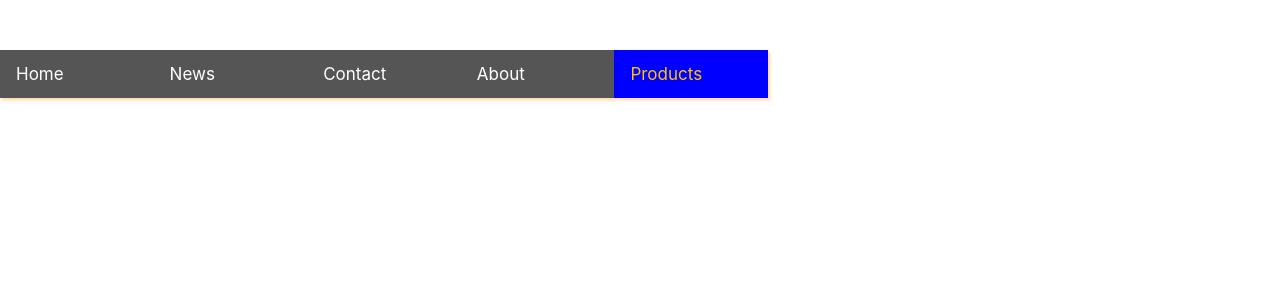
Repository: JasonMorta/basicPlus-rouets
Page: /products
These files come from the project's save history. The page is drawn as it stood at one moment and after the next save; the edit follows.
The browser window is 1280 px wide. The pictures show the whole page.
Some web fonts or font styles are not loaded; a fallback is used. The project was rebuilt for these pictures with package versions that can differ from the ones it lists, and the page was loaded fresh each time. Also part of the build but not shown: src/pages/Home.jsx, src/pages/news.css, src/pages/News.jsx, src/pages/About.jsx, src/pages/Hooks/UseRefHook.jsx, src/pages/Contact.jsx, src/pages/List.jsx.

Above is the page before, as saved 2023-04-01 08:22:31.

### src/index.js
import React from 'react';
import ReactDOM from 'react-dom/client';
import './index.css';
import App from './App';
// import { BrowserRouter } from 'react-router-dom'
import reportWebVitals from './reportWebVitals';

const root = ReactDOM.createRoot(document.getElementById('root'));
root.render(

  <React.StrictMode>
    <App />
  </React.StrictMode>

);

// If you want to start measuring performance in your app, pass a function
// to log results (for example: reportWebVitals(console.log))
// or send to an analytics endpoint. Learn more: https://bit.ly/CRA-vitals
reportWebVitals();

### src/App.jsx

import './App.css';
import { BrowserRouter, Routes, Route } from 'react-router-dom';
import React, { Component, createContext, useState } from 'react'
import Nav from './components/Nav';
import Home from './pages/Home';
import News from './pages/News';
import About from './pages/About';
import Contact from './pages/Contact';
import List from './pages/List';
import Products from './pages/Products';

//create context hook
//This hook allow any nested children to share and alter data with the use of props.
export const StateContext = createContext()

export default function App() {

  const [state, setState] = useState("#f44336");

  return (
    <BrowserRouter>
      <StateContext.Provider value={[state, setState]} className="App">
        <div className="routes">
          <Nav />
          <Routes>
            <Route index path="/" element={<Home />} />
            <Route path="/List" element={<List />} />
            <Route path="/Contact" element={<Contact />} />
            <Route path="/About" element={<About />} />
            <Route path="/products" element={<Products />} />
            <Route path="/news" element={<News />} />
          </Routes>
        </div>
        <div className="orig-link"></div>
      </StateContext.Provider>
    </BrowserRouter>
  );
}

### src/App.css
@import url('https://fonts.googleapis.com/css2?family=Assistant:wght@400;500&family=Barlow:wght@400;500&family=DM+Mono:wght@300;400;500&family=Handlee&family=IBM+Plex+Mono:wght@400;500&family=Inconsolata:wght@400;500&family=Kanit:wght@200;300;400;500&family=Karla:wght@300;400;500&family=Patrick+Hand&family=Raleway:wght@300;400;500&family=Red+Hat+Mono:wght@300;400;500&family=Roboto+Condensed:wght@300;400;700&family=Roboto+Mono:wght@300;400;500&family=Roboto+Slab:wght@300;400;500&family=Roboto:wght@300;400&family=Source+Code+Pro:wght@300;400;500&family=Space+Mono:wght@400;700&family=Titillium+Web:wght@200;300;400;600&family=Ubuntu+Mono:wght@400;700&family=Varela&family=Varela+Round&display=swap');

/*
Custom Fonts
========
font-family: 'Assistant', sans-serif;
font-family: 'Barlow', sans-serif;
font-family: 'DM Mono', monospace;
font-family: 'Handlee', cursive;
font-family: 'IBM Plex Mono', monospace;
font-family: 'Inconsolata', monospace;
font-family: 'Kanit', sans-serif;
font-family: 'Karla', sans-serif;
font-family: 'Patrick Hand', cursive;
font-family: 'Raleway', sans-serif;
font-family: 'Red Hat Mono', monospace;
font-family: 'Roboto', sans-serif;
font-family: 'Roboto Condensed', sans-serif;
font-family: 'Roboto Mono', monospace;
font-family: 'Roboto Slab', serif;
font-family: 'Source Code Pro', monospace;
font-family: 'Space Mono', monospace;
font-family: 'Titillium Web', sans-serif;
font-family: 'Ubuntu Mono', monospace;
font-family: 'Varela', sans-serif;
font-family: 'Varela Round', sans-serif;

*/

.App {
  text-align: center;
  background-color: #282c34;
  min-height: 100vh;
  display: flex;
  flex-direction: column;
  flex-wrap: nowrap;
  align-items: center;
  font-family: 'Roboto Condensed', sans-serif;

}

.orig-link a {
  text-decoration: none;
  color: #ff9800;
}
.orig-link {
  margin: 1.25rem;
}


.App-header {
  background-color: #282c34;
  min-width: 18.75rem;
  display: flex;

  flex-direction: row;
  justify-content: center;
  font-size: calc(0.625rem + 2vmin);
  color: white;
  align-items: flex-start;
  width: 100%;
}


/* Style tab links */
.tablink {
  background-color: #555;
  color: #ffc107;
  float: left;
  border: none;
  outline: none;
  cursor: pointer;
  padding: 0.875rem 1rem;
  font-size: 1.0625rem;
  width: 25%;
  text-decoration: none;
}

.tablink:hover {
  background-color: #777;
}

/* Style the tab content (and add height:100% for full page content) */
.tabcontent {
  color: white;
  padding: 6.25rem 0rem;
  width: 100%;
  height: 100%;
  min-width: 18.75rem;

}

.inner-content {
  padding: 0rem 3.125rem;
  display: flex;

  flex-direction: column;
  align-items: flex-start;
}

.inner-content h3{
  font-size: xx-large;
  margin: 0;
}

.routes{
  display: flex;
  flex-direction: column;
  align-items: center;
  width: 60vw;
  background-color: azure;
  margin-top: 3.125rem;
  box-shadow: 0.125rem 0.125rem 0.1875rem 0rem #ff980066;
}

### src/components/Nav.jsx
import React from "react";
import { Link, useLocation } from "react-router-dom";

export default function Nav() {
  const location = useLocation();
  console.log('NAV location', location)


   //set the default state color to red which is equal to home page color.
  const [state, setState] = React.useState({
    home: "#f44336",
    news: "#4caf50",
    contact: "#2196f3",
    about: "#ff5722",
    active: "",
    location : window.location.pathname
  });
  const [color, setColor] = React.useState("white")


   function handleNavToNews(params) {

    setState(prev => ({...prev, active:"#4caf50", location: "/News" }))
    location.pathname = "/News"
    console.log('currentPath = Path"', location.pathname)



  }

 // Set the tab color to even when a nested link pathname is entered
  return (
    <header className="App-header">
      {/* Home will be the default/home page */}
      <Link
        to="/"
        className="tablink"
        onClick={() => setState(prev => ({...prev, active:"#f44336", location: "/" }))}
        style={{
          backgroundColor: state.location === "/" ? "#f44336" : "",
          color: state.home === "#f44336" ? color: "#ffc107"}}>
        Home
      </Link>

      <Link
        to="/News"
        className="tablink"
        onClick={handleNavToNews}
        style={{
          backgroundColor: state.location === "/News" ? "#4caf50" : "",
          color: state.news === "#4caf50" ? color: "#ffc107" }}>
        News
      </Link>

      <Link
        to="/Contact"
        className="tablink"
        onClick={() => setState(prev => ({...prev, active:"#2196f3", location: "/Contact" }))}
        style={{
          backgroundColor: state.location === "/Contact" ? "#2196f3" : "",
          color: state.contact === "#2196f3" ? color: "#ffc107" }}>
        Contact
      </Link>

      <Link
        to="/About"
        className="tablink"
        onClick={() => setState(prev => ({...prev, active:"#ff5722", location: "/About" }))}
        style={{
          backgroundColor: state.location === "/About" ? "#ff5722": "",
          color: state.about === "#ff5722" ? color: "#ffc107" }}>
        About
      </Link>

      <Link
        to="/products"
        className="tablink"
        onClick={() => setState(prev => ({...prev, active:"blue", location: "/products" }))}
        style={{
          backgroundColor: state.location === "/products" ? "blue": "",
          color: state.about === "blue" ? color: "#ffc107" }}>
        Products
      </Link>
    </header>
  );
}

### src/pages/Products.jsx
import React from 'react'

export default function Products() {
  return (
    <div>

    </div>
  )
}

Loaded but not shown: public/index.html (common file); src/index.css (common file); src/reportWebVitals.js (common file)

After the next save:
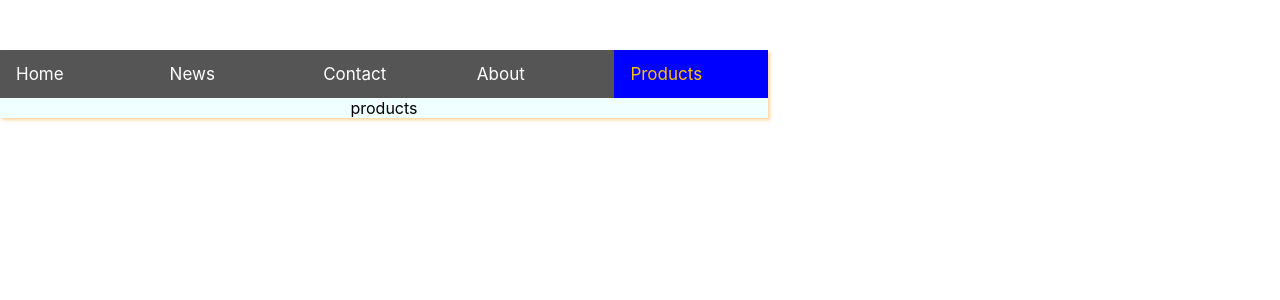
Saved 29 s later.
--- a/src/pages/Products.jsx
+++ b/src/pages/Products.jsx
@@ -3,7 +3,7 @@
 export default function Products() {
   return (
     <div>
-
+        products
     </div>
   )
 }
